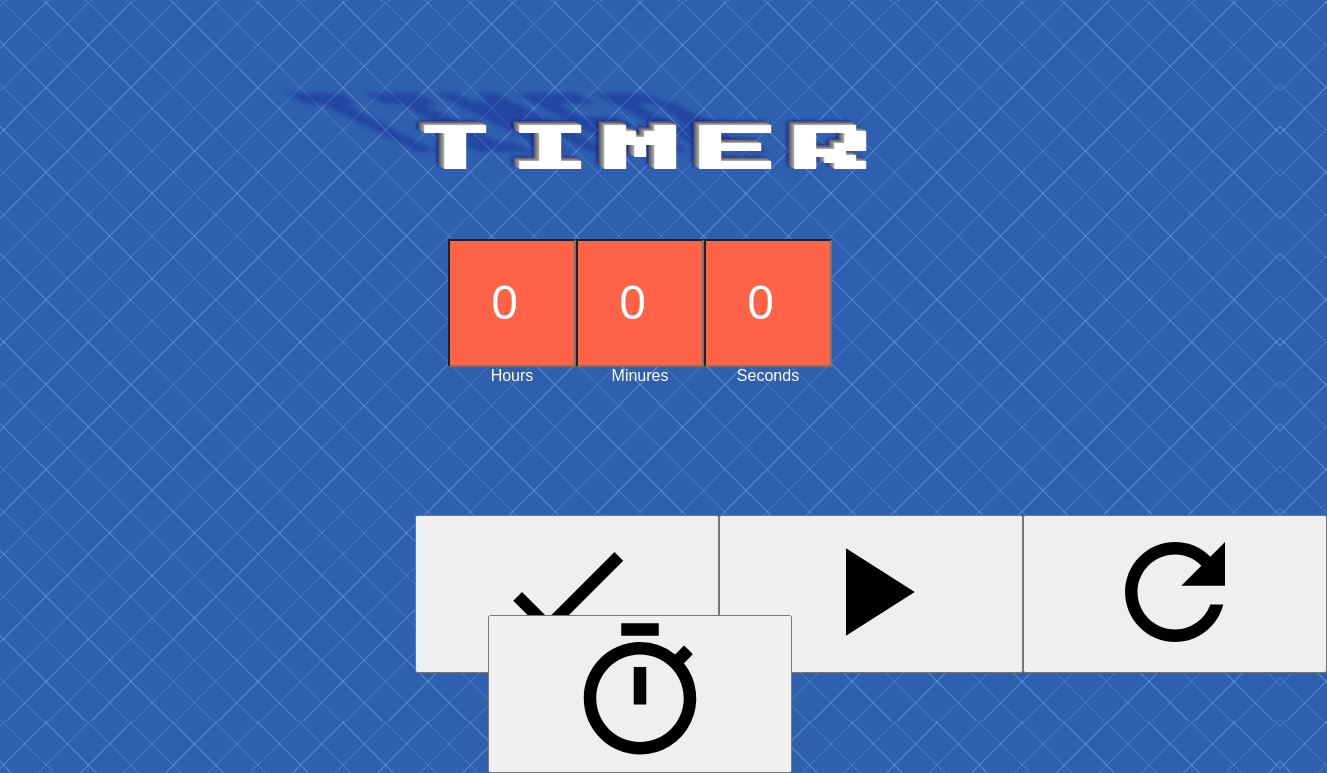
Repository: KrzysKolo/Projekt-12_Timer
Page: index.html
The author's editor kept a copy of each file at every save. The page is drawn from the files as they stood at one save, then again after the next save.
The browser window is 1280 px wide. The page is 1327 px wide, so the pictures cover 1327 px, including what lies to the right of the window. The pictures show the whole page.
Some web fonts or font styles are not loaded; a fallback is used.

Above is the page before, as saved 2020-06-24 22:20:41.

### index.html
<!DOCTYPE html>
<html lang="en">
  <head>
    <meta charset="UTF-8" />
    <meta name="viewport" content="width=device-width, initial-scale=1.0" />
    <title>Taimer</title>
    <link
      href="https://fonts.googleapis.com/css2?family=Aldrich&family=Press+Start+2P&display=swap"
      rel="stylesheet"
    />

    <link rel="stylesheet" href="./css/style.css" />
  </head>
  <body>
    <main class="timer">
      <header class="timer__header">
        <h1 class="timer__heading" data-text="TIMER">
          Timer
        </h1>
      </header>
      <article class="timer__clock">
        <!-- input hours-->
        <section class="clock">
          <input
            type="number"
            name="hours"
            id="hours"
            value="0"
            min="0"
            max="99"
            class="clock__input"
            data-timer-input__hours
          />
          <label for="hours" class="clock__label">Hours</label>
        </section>
        <!-- input minutes-->
        <section class="clock">
          <input
            type="number"
            name="minutes"
            id="minutes"
            value="0"
            min="0"
            max="59"
            class="clock__input"
            data-timer-input__minutes
          />
          <label for="minutes" class="clock__label">Minures</label>
        </section>
        <!-- input seconds -->
        <section class="clock">
          <input
            type="number"
            name="seconds"
            id="seconds"
            value="0"
            min="0"
            max="59"
            class="clock__input"
            data-timer-input__seconds
          />
          <label for="seconds" class="clock__label">Seconds</label>
        </section>
      </article>
      <article class="timer__buttons">
        <!-- button 1 -->
        <button class="button">
          <svg class="button__icon">
            <use xlink:href="./assets/icons/sprite.svg#done-24px"></use>
          </svg>
        </button>
        <!-- button 2 -->
        <button class="button">
          <svg class="button__icon">
            <use xlink:href="./assets/icons/sprite.svg#play_arrow-24px"></use>
          </svg>
        </button>
        <!-- button 3 -->
        <button class="button">
          <svg class="button__icon">
            <use xlink:href="./assets/icons/sprite.svg#refresh-24px"></use>
          </svg>
        </button>
        <!-- dźwięk -->
        <section class="timer__audio">
          <audio src="./assets/sounds/alarm.mp3" loop></audio>
          <button class="button">
            <svg class="button__icon button__icon--alarm">
              <use xlink:href="./assets/icons/sprite.svg#timer-24px"></use>
            </svg>
          </button>
        </section>
      </article>
    </main>
  </body>
</html>

### css/style.css
*,
*::before,
*::after {
  padding: 0;
  margin: 0;
  box-sizing: inherit;
  font-size: 16px;
}
body {
  box-sizing: border-box;
  color: #fff;
  font-family: "Aldrich", sans-serif;
  background-color: #2f5faf;
  background-position: 0 1px;

  background-image: -webkit-repeating-linear-gradient(
      deg,
      rgba(125, 170, 242, 0.4),
      rgba(125, 170, 242, 0.4) 1px,
      transparent 1px,
      transparent 30px
    ),
    -webkit-repeating-linear-gradient(90deg, rgba(125, 170, 242, 0.4), rgba(
            125,
            170,
            242,
            0.4
          )
          1px, transparent 1px, transparent 30px);
  background-image: repeating-linear-gradient(
      -45deg,
      rgba(125, 170, 242, 0.4),
      rgba(125, 170, 242, 0.4) 1px,
      transparent 1px,
      transparent 30px
    ),
    repeating-linear-gradient(
      45deg,
      rgba(125, 170, 242, 0.4),
      rgba(125, 170, 242, 0.4) 1px,
      transparent 1px,
      transparent 30px
    );
}
.timer {
  width: 100vw;
  height: 100vh;
  position: relative;

  display: flex;
  flex-direction: column;
  justify-content: space-around;
  align-items: flex-start;
  align-items: center;
}
.timer__header {
  padding: 1rem;
}

.timer__heading {
  font-family: "Press Start 2P", cursive;
  font-size: 4rem;
  text-transform: uppercase;
  position: relative;
  top: 50%;
  left: -25%;
  transform: calc(-50%, -50%);
  color: rgba(0, 0, 0, 0);

  transform: skew(63deg, 0deg);
  letter-spacing: 15px;
  text-shadow: 0 0 3px rgba(0, 0, 128, 0.25);
  z-index: 50;
}
.timer__heading::after {
  content: attr(data-text);
  font-family: "Press Start 2P", cursive;
  font-size: 5rem;
  position: absolute;
  top: 15px;
  left: 25px;
  color: rgba(255, 255, 255, 1);

  transform: skew(-63deg) scale(1, 0.6);

  text-shadow: -1px -1px 1px #aaa, -2px -2px 1px #999, -3px -3px 1px #888,
    -4px -4px 1px #777, -5px -5px 1px #666, -6px -6px 1px #555,
    -7px -7px 5px rgba(0, 0, 128, 0.75);
  z-index: 100;
}
.timer__clock {
  display: flex;
}
.timer__buttons {
  width: 450px;
  display: flex;
  justify-content: space-around;
  margin-top: 35px;
  position: relative;
}
.timer__audio {
  position: absolute;
  bottom: -100px;
}
.clock {
  display: flex;
  flex-direction: column;
  align-items: center;
}
.clock__input {
  background-color: tomato;
  color: #fff;
  font-family: inherit;
  font-size: 3rem;
  width: 8rem;
  height: 8rem;
  text-align: center;
}

After the next save:
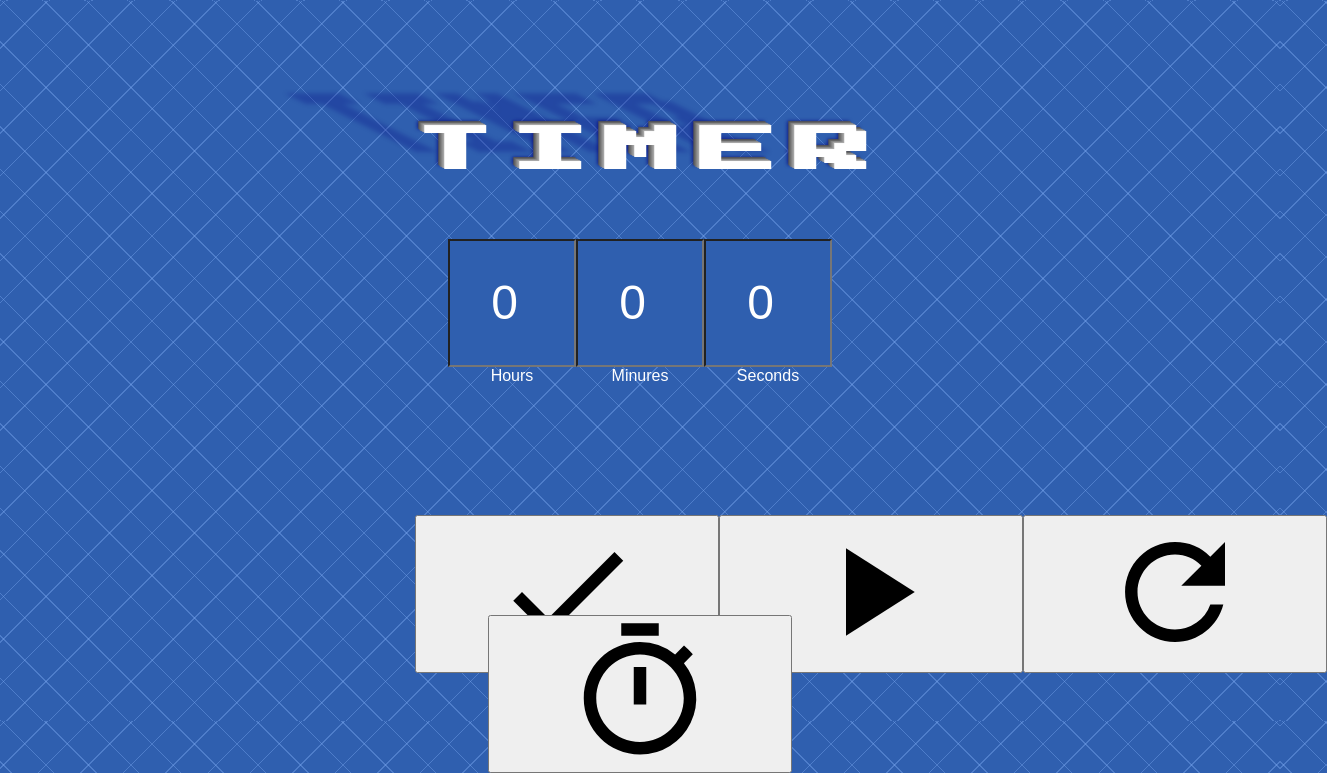
Saved 30 s later.
--- a/css/style.css
+++ b/css/style.css
@@ -108,7 +108,7 @@ body {
   align-items: center;
 }
 .clock__input {
-  background-color: tomato;
+  background-color: #2f5faf;
   color: #fff;
   font-family: inherit;
   font-size: 3rem;
